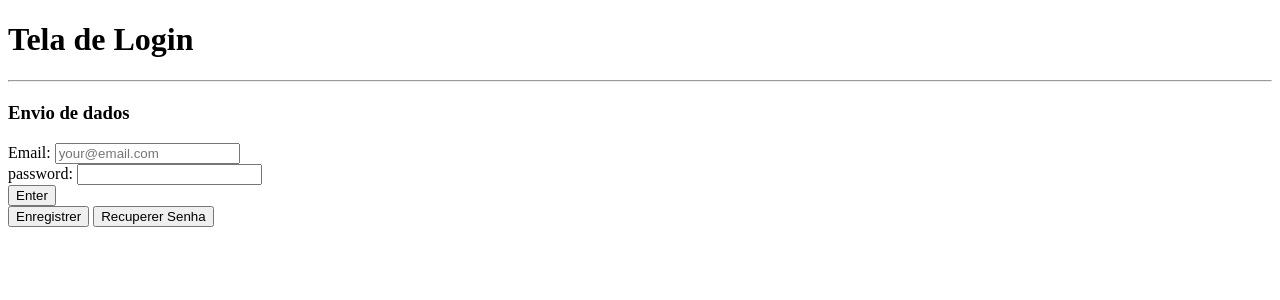
Repository: MarcioFreitasUFSC21/FrontEnd-part-1
Page: index.html
The author's editor kept a copy of each file at every save. The page is drawn from the files as they stood at one save, then again after a run of saves.
The browser window is 1280 px wide. The pictures show the whole page.

Above is the page before, as saved 2023-04-22 19:45:23.

### index.html
<!DOCTYPE html>
<html lang="pt-br>
<head>
    <meta charset="UTF-8">
    <meta http-equiv="X-UA-Compatible" content="IE=edge">
    <meta name="viewport" content="width=device-width, initial-scale=1.0">
    <title>Controle Gastos</title>
</head>
<body>
    <h1> Tela de Login </h1>
    <hr>
    <form>
        <div>
            <h2>
                <h3> Envio de dados</h3>
                            <div>
                                <label type = "email"> Email: </label> <input type = "email" placeholder="your@email.com" ></input>
                            </div>
                                <label type = "password"> password: </label> <input type = "password"> </input>
                                    <div>
                                        <button type = "button" action = "save" onclick="alert('exemple')"> Enter</button>
                                </div>
                            </div>
                        </div>


                <div>
                    <button type = "button">Enregistrer</button>
                    <button type = "button">Recuperer Senha</button>
                </div>



            </h2>
        </div>
    </form>
</body>
</html>

After the next 2 saves:
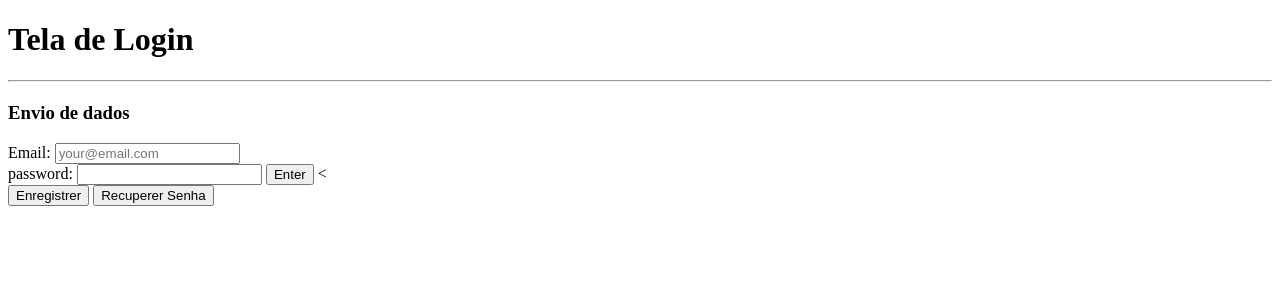
The 2 saves are shown as one change because they came seconds apart.
The last was saved 20 s later.
--- a/index.html
+++ b/index.html
@@ -17,9 +17,9 @@
                                 <label type = "email"> Email: </label> <input type = "email" placeholder="your@email.com" ></input>
                             </div>
                                 <label type = "password"> password: </label> <input type = "password"> </input>
-                                    <div>
+
                                         <button type = "button" action = "save" onclick="alert('exemple')"> Enter</button>
-                                </div>
+                                <
                             </div>
                         </div>
 
